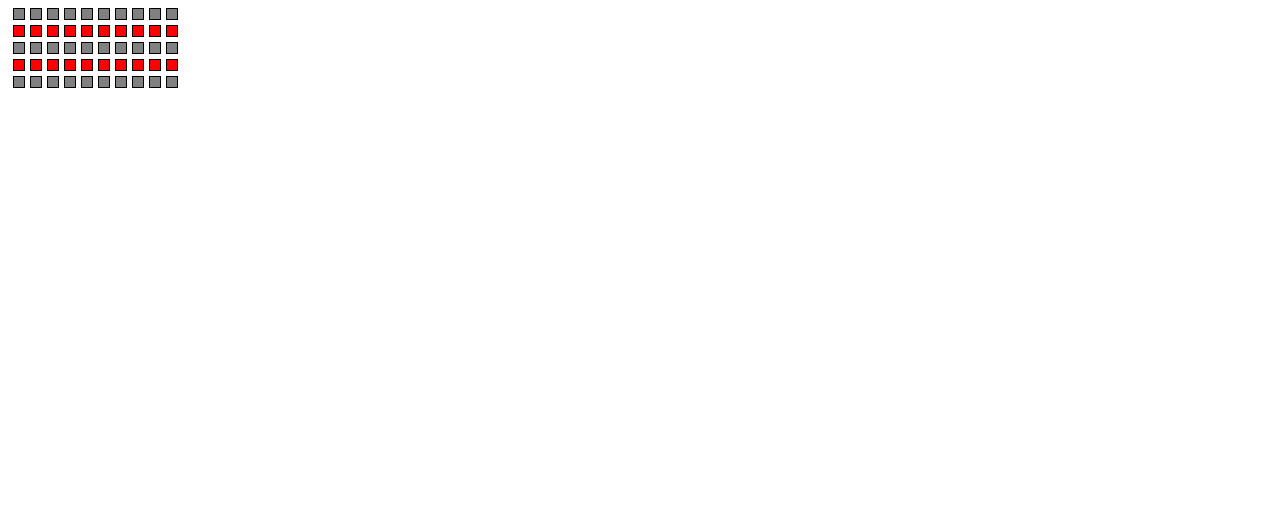
Repository: LeTiepTuyen/homework1
Page: grid_box.html
An editor plug-in stored every save of this project. The page is shown before and after the next save, followed by the edit.
The browser window is 1280 px wide. The pictures show the whole page.

Above is the page before, as saved 2024-09-19 18:13:13.

After the next save:
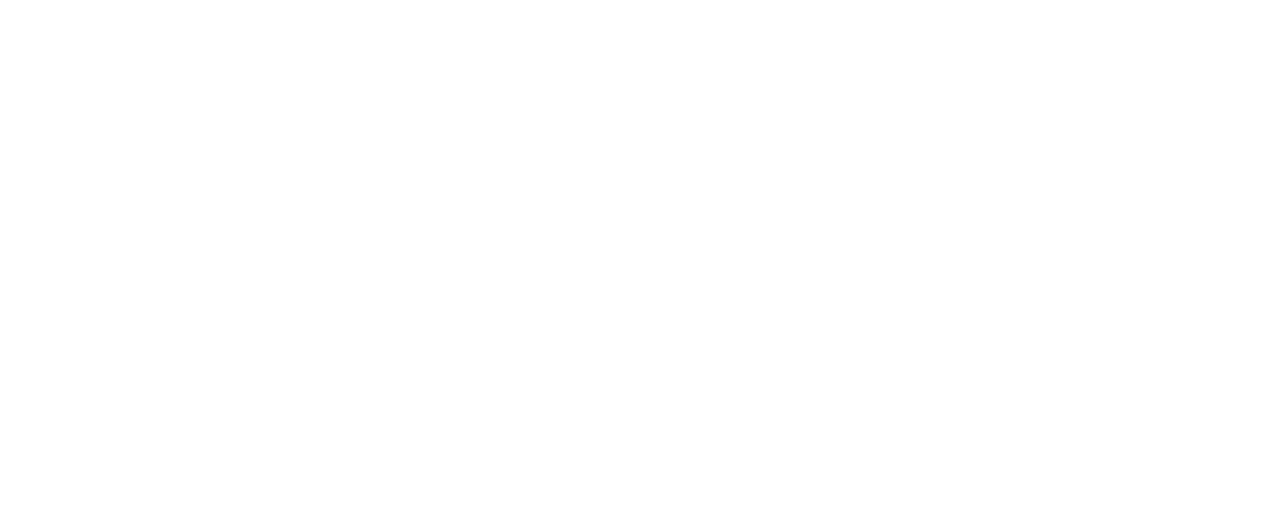
Not found: style.css
Saved 13 s later.
--- a/grid_box.html
+++ b/grid_box.html
@@ -3,42 +3,24 @@
   <head>
     <meta charset="UTF-8" />
     <meta name="viewport" content="width=device-width, initial-scale=1.0" />
-    <title>Document</title>
-    <style>
-      .box {
-        background: grey;
-        width: 10px;
-        height: 10px;
-        border: solid, 1px, black;
-        margin-left: 5px;
-        margin-bottom: 5px;
-        float: left;
-      }
-      .box-red {
-        background: red;
-        width: 10px;
-        height: 10px;
-        border: solid, 1px, black;
-        margin-left: 5px;
-        margin-bottom: 5px;
-        float: left;
-      }
-    </style>
+    <title>Grid Box</title>
+    <link rel="stylesheet" href="style.css" />
   </head>
   <body>
-    <script>
-      for (let j = 1; j <= 5; j++) {
-        if (j % 2 == 0) {
-          for (let i = 1; i <= 10; i++) {
-            document.write('<div class="box-red"></div>');
-          }
-        } else {
-          for (let i = 1; i <= 10; i++) {
-            document.write('<div class="box"></div>');
+    <div class="grid-container">
+      <script>
+        for (let j = 1; j <= 5; j++) {
+          if (j % 2 === 0) {
+            for (let i = 1; i <= 10; i++) {
+              document.write('<div class="box-red"></div>');
+            }
+          } else {
+            for (let i = 1; i <= 10; i++) {
+              document.write('<div class="box"></div>');
+            }
           }
         }
-        document.write("<div style='clear:both'></div>");
-      }
-    </script>
+      </script>
+    </div>
   </body>
 </html>

After the 2 saves that followed:
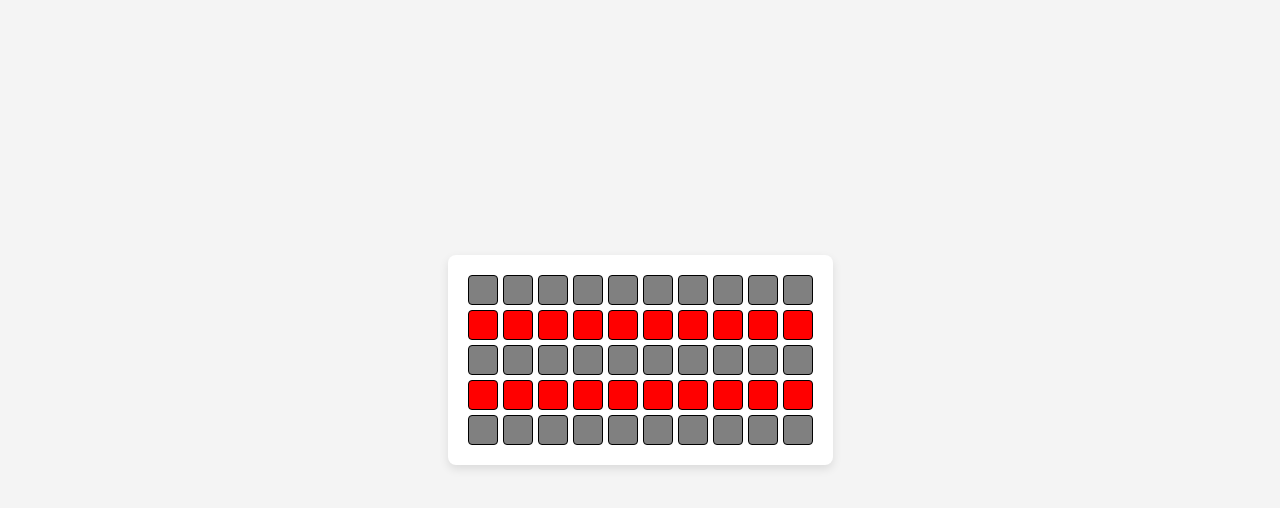
The 2 saves are shown as one change because 1 left the picture as it was.
The last was saved 27 s later.
--- a/grid_box.html
+++ b/grid_box.html
@@ -4,7 +4,7 @@
     <meta charset="UTF-8" />
     <meta name="viewport" content="width=device-width, initial-scale=1.0" />
     <title>Grid Box</title>
-    <link rel="stylesheet" href="style.css" />
+    <link rel="stylesheet" href="style_grid_box.css" />
   </head>
   <body>
     <div class="grid-container">
--- a/style_grid_box.css
+++ b/style_grid_box.css
@@ -0,0 +1,39 @@
+* {
+  margin: 0;
+  padding: 0;
+  box-sizing: border-box;
+}
+
+body {
+  background-color: #f4f4f4;
+  display: flex;
+  justify-content: center;
+  align-items: center;
+  height: 100vh;
+}
+
+.grid-container {
+  display: grid;
+  grid-template-columns: repeat(10, 30px);
+  gap: 5px;
+  padding: 20px;
+  background-color: #ffffff;
+  border-radius: 8px;
+  box-shadow: 0px 4px 10px rgba(0, 0, 0, 0.1);
+}
+
+.box {
+  background-color: grey;
+  width: 30px;
+  height: 30px;
+  border: 1px solid black;
+  border-radius: 4px;
+}
+
+.box-red {
+  background-color: red;
+  width: 30px;
+  height: 30px;
+  border: 1px solid black;
+  border-radius: 4px;
+}
